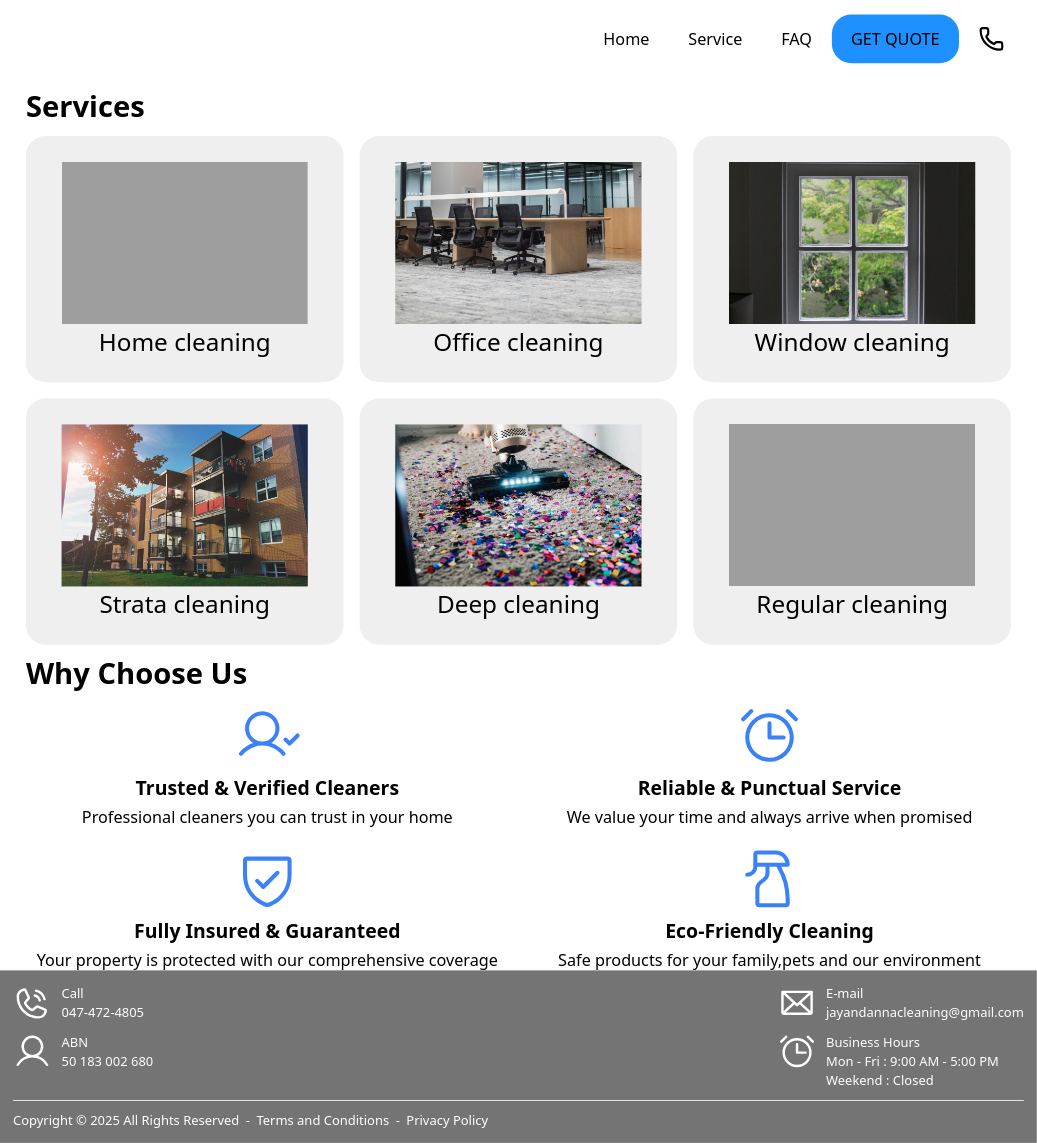
Repository: rong9835/cleaning-service
Page: /
An editor plug-in stored every save of this project. The page is shown before and after the next save, followed by the edit.
The browser window is 1280 px wide. The pictures show the whole page, at 81% of full size.
Pictures or frames that could not be fetched are drawn as grey boxes. The project was rebuilt for these pictures with package versions that can differ from the ones it lists, and the page was loaded fresh each time. The framework's server and built-in components were replaced by stand-ins that run in the browser. Also part of the build but not shown: next.config.ts.

Above is the page before, as saved 2025-08-06 23:01:59.

After the next save:
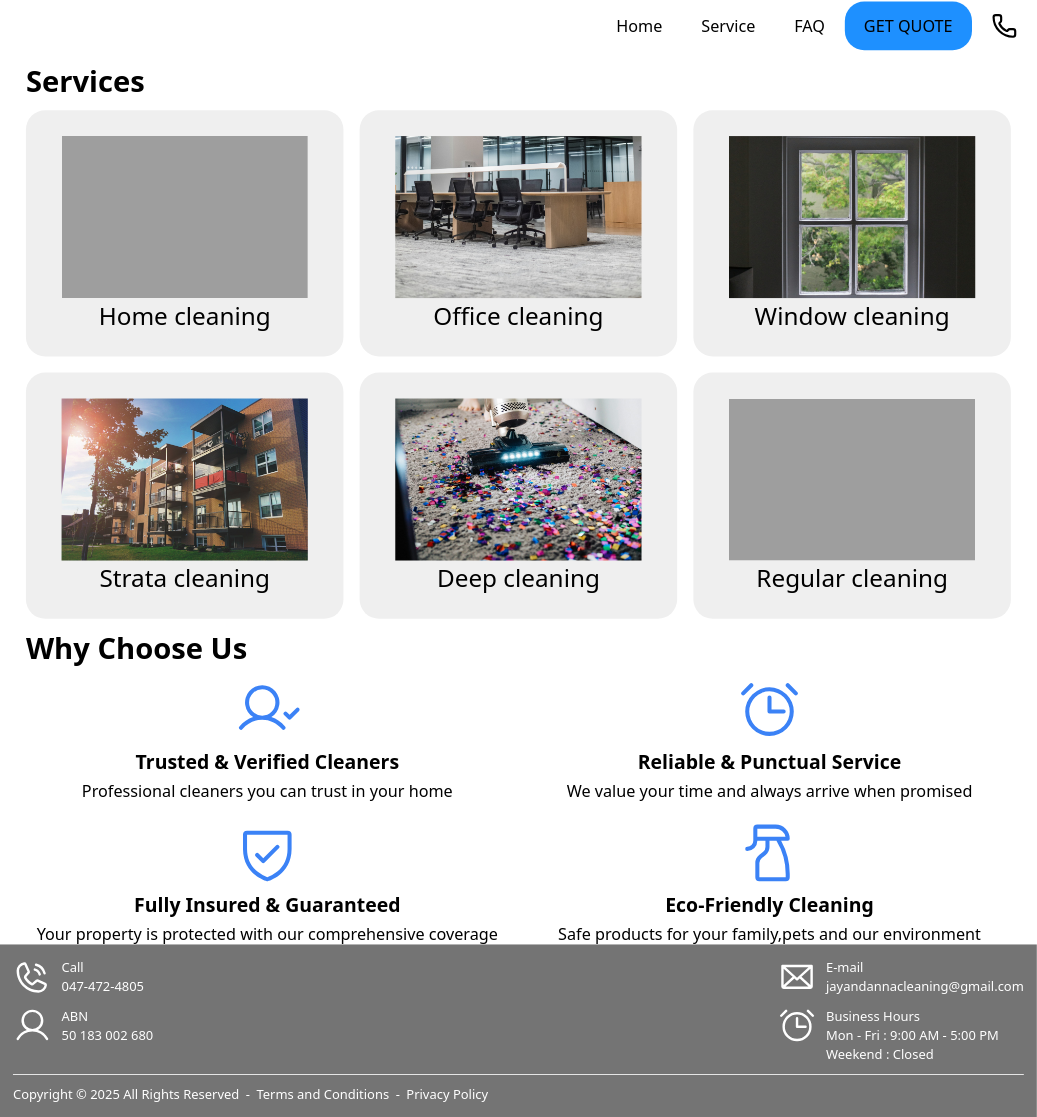
Saved 38 s later.
--- a/src/components/layout/header.tsx
+++ b/src/components/layout/header.tsx
@@ -7,7 +7,7 @@ import GetQuote from '../ui/GetQuoteButton';
 export default function Header() {
   return (
     <header className="bg-white">
-      <div className="container mx-auto p-4 max-w-sm sm:max-w-2xl lg:max-w-5xl xl:max-w-7xl">
+      <div className="container mx-auto p-0 max-w-sm sm:max-w-2xl lg:max-w-5xl xl:max-w-7xl">
         <div className="flex items-center justify-between">
           {/* 로고 */}
           <div className="p-2">
